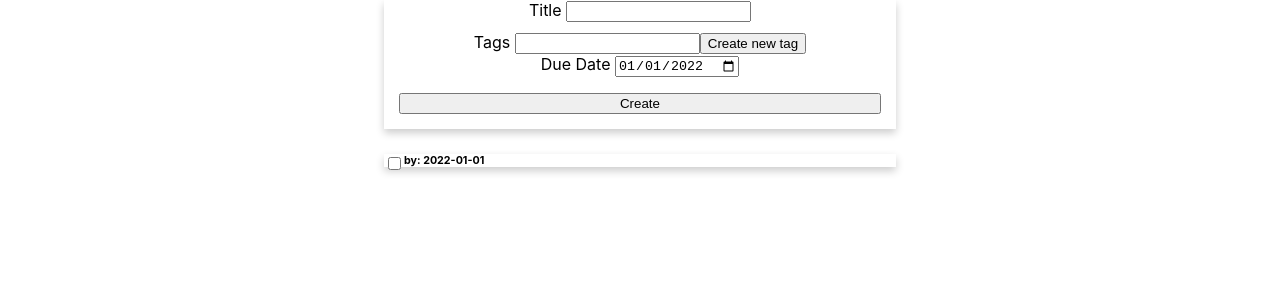
Repository: sanjayMamidipaka/reactappbits
Page: /, after clicking the first element matching `div.submitButton > button`
The author's editor kept a copy of each file at every save. The page is drawn from the files as they stood at one save, then again after a run of saves.
The browser window is 1280 px wide. The pictures show the whole page.
The project was rebuilt for these pictures with package versions that can differ from the ones it lists, and the page was loaded fresh each time. Also part of the build but not shown: src/components/Tag.css, src/components/Tag.tsx.

Above is the page before, as saved 2022-01-18 18:16:29.

### src/App.tsx
import logo from './logo.svg';
import './App.css';
import TodoList from './components/TodoList';

function App() {
  return (
    <div className="App">
      <TodoList/>
    </div>
  );
}

export default App;

### src/components/TodoList.tsx
import React, { EventHandler } from 'react'
import './TodoList.css'
import { useState } from 'react'
import Tag from './Tag'
import TodoItem from './TodoItem'
/**
 * Thank you for applying to Bits of Good. You are free to add/delete/modify any
 * parts of this project. That includes changing the types.ts, creating css files,
 * modifying import statements, using contexts, etc. We do recommend to keep it simple.
 * You will not be judged based on complexity. We also recommend using
 * multiple components instead of coding everything on this file :)
 *
 * Have fun! Please reach out to hello@bitsofgood.org or wkim330@gatech.edu if you
 * have any questions!
 *
 * Bits of Good Engineering Team
 *
 */
// TODO: Start coding from here

// Here's a baseline todo item type.
// Feel free to extend or create your own interface!

export default function TodoList() {
  const [title, setTitle] = useState('');
  const [tagValue, setTagValue] = useState('');
  const [index, setIndex] = useState(0);
  const [date, setDate] = useState('2022-01-01');
  const completedItems: any[] = [];
  const [todoListCompletedItems, setTodoListCompletedItems] = useState(completedItems);

  const [tagArray, setTagArray] = useState<{name1: string, index1: number}[]>([]);

    const addNewTag = (e: React.MouseEvent<HTMLButtonElement>) => {
      e.preventDefault();
      if (tagValue !== "") {
        setTagArray((tagArray: {name1: string, index1: number}[]) => {
          return [...tagArray, {name1: tagValue, index1: index}];
        });
      }
      setIndex(index + 1);
      setTagValue('');

    }

    const removeElement = (index: number) => {
      setTagArray((tagArray)=>{
        let newTagArray = tagArray.filter((tagObject) => tagObject.index1 !== index);

        return newTagArray;
      })
      console.log(tagArray);

    }

    const handleSubmit = (e: React.MouseEvent<HTMLButtonElement>) => {
      const itemToAdd: any = {
      title: title,
      dueDate: date,
      tagList: tagArray,
      completed: false,
      idx: new Date().getTime().toString()
    }
    setTitle('');
    setTodoListCompletedItems([...todoListCompletedItems, itemToAdd]);
    setTagArray([]);
    }
  return (
    <div>
  <div className="card">
    <label htmlFor="nameLabel">Title </label>
        <input
          type="text"
          value={title}
          onChange={(e) => setTitle(e.target.value)}
        />
        <div style={{padding: '5px'}}></div>

        <label htmlFor="tagLabel">Tags </label>
        <input
          type="text"
          value={tagValue}
          onChange={(e) => setTagValue(e.target.value)}
        />
        <button type="submit" onClick={addNewTag}>
          Create new tag
        </button>

        <div>
          {tagArray.map((tagObject: {name1: string, index1: number}) => {
            return <Tag name={tagObject.name1} key={tagObject.index1} theIndex={tagObject.index1} remove={removeElement} include={"x"}></Tag>
          })}
        </div>

        <label htmlFor="dueDateLabel">Due Date </label>
        <input
          type="date"
          value={date}
          onChange={(e) => setDate(e.target.value)}
        />

        <div style={{padding: '15px'}} className = 'submitButton'>
          <button style ={{width: '100%'}} type='submit' onClick={handleSubmit}>Create</button>
        </div>

</div>

      <div>
          {todoListCompletedItems.map((todoListItem) => {
            return <TodoItem todoListItem={todoListItem} key={todoListItem.idx} index={todoListItem.idx}></TodoItem>
          })}
        </div>

        </div>
  )
}

### src/components/TodoList.css
.card {
  /* Add shadows to create the "card" effect */
  box-shadow: 0 4px 8px 0 rgba(0,0,0,0.2);
  transition: 0.3s;
  width: 40%;
  margin: 0 auto;
}

/* On mouse-over, add a deeper shadow */
.card:hover {
  box-shadow: 0 8px 16px 0 rgba(0,0,0,0.2);
}

/* Add some padding inside the card container */
.container {
  padding: 2px 16px;
}

### src/components/TodoItem.tsx
import React, { EventHandler } from 'react'
import Tag from './Tag';
import './TodoItem.css';

export default function TodoItem({todoListItem, index}: {todoListItem: any, index: string}) {
    const {title, dueDate, tagList, completed} = todoListItem;

    return (
        <div className="card">
            <input type="checkbox" style={{float: "left"}} />
            <h1 className="child">{title}</h1>
            <h6 className="child">by: {dueDate}</h6>
            <div></div>
            {tagList.map((tagObject: {name1: string, index1: number}, index: number) => {
                return <Tag name={tagObject.name1} key={tagObject.index1} theIndex={tagObject.index1} remove={()=>{}} include={""}></Tag>
            })}
        </div>
    )
}

### src/components/TodoItem.css
.card {
  /* Add shadows to create the "card" effect */
  box-shadow: 0 4px 8px 0 rgba(0,0,0,0.2);
  transition: 0.3s;
  width: 40%;
  margin: 0 auto;
}

/* On mouse-over, add a deeper shadow */
.card:hover {
  box-shadow: 0 8px 16px 0 rgba(0,0,0,0.2);
}

/* Add some padding inside the card container */
.container {
  padding: 2px 16px;
}

.child {
    text-align: left;
}

Loaded but not shown: public/index.html (common file); src/index.tsx (common file); src/index.css (common file); src/reportWebVitals.js (common file); src/App.css (common file)

After the next 2 saves:
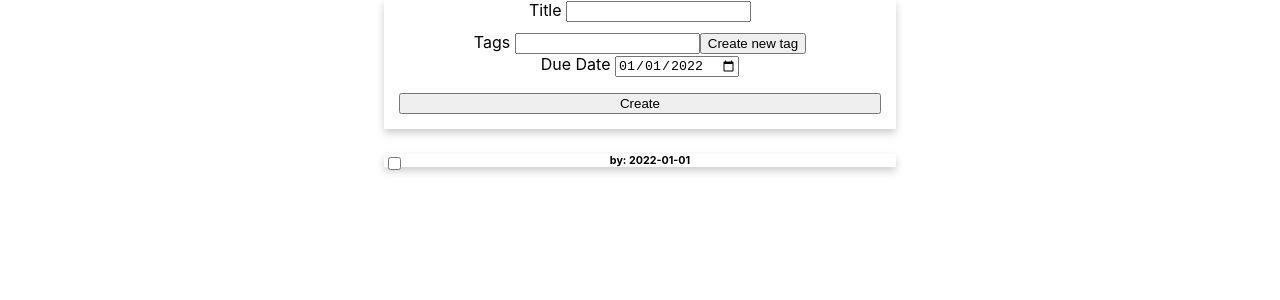
The 2 saves are shown as one change because they came seconds apart.
The last was saved 12 s later.
--- a/src/components/TodoItem.tsx
+++ b/src/components/TodoItem.tsx
@@ -8,8 +8,8 @@ export default function TodoItem({todoListItem, index}: {todoListItem: any, inde
     return (
         <div className="card">
             <input type="checkbox" style={{float: "left"}} />
-            <h1 className="child">{title}</h1>
-            <h6 className="child">by: {dueDate}</h6>
+            <h1 className="name">{title}</h1>
+            <h6 className="date">by: {dueDate}</h6>
             <div></div>
             {tagList.map((tagObject: {name1: string, index1: number}, index: number) => {
                 return <Tag name={tagObject.name1} key={tagObject.index1} theIndex={tagObject.index1} remove={()=>{}} include={""}></Tag>
